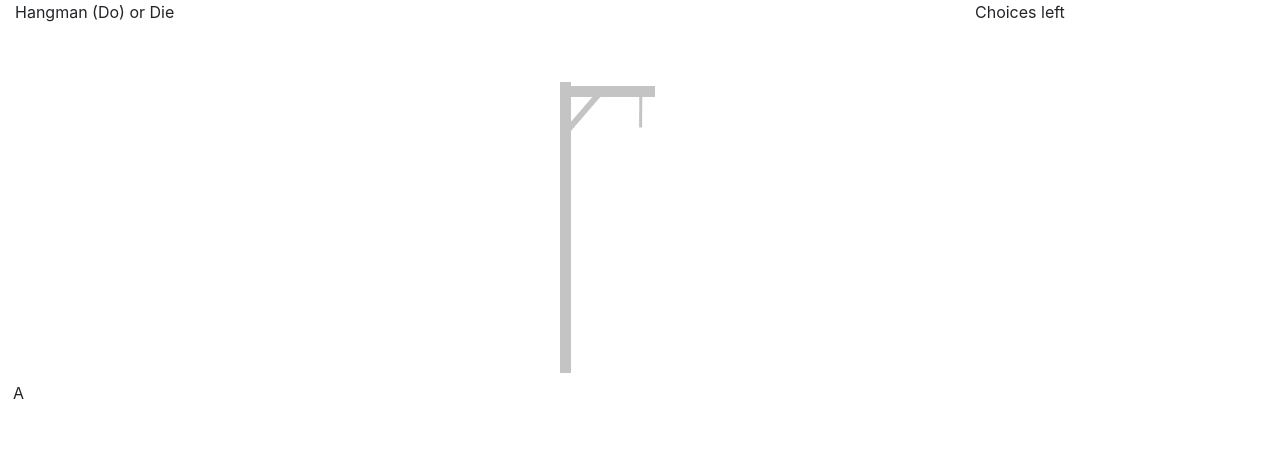
Repository: jatinhchanchlani/hangman
Page: /
These files come from the project's save history. The page is drawn as it stood at one moment and after the next save; the edit follows.
The browser window is 1280 px wide. The pictures show the whole page.
The project was rebuilt for these pictures with package versions that can differ from the ones it lists, and the page was loaded fresh each time. Also part of the build but not shown: src/App.css.

Above is the page before, as saved 2020-10-04 16:52:15.

### src/index.js
import React from 'react';
import ReactDOM from 'react-dom';
import './index.css';
import App from './App';
import * as serviceWorker from './serviceWorker';
import 'bootstrap/dist/css/bootstrap.css';

ReactDOM.render( <
  React.StrictMode >
  <
  App / >
  <
  /React.StrictMode>,
  document.getElementById('root')
);

// If you want your app to work offline and load faster, you can change
// unregister() to register() below. Note this comes with some pitfalls.
// Learn more about service workers: https://bit.ly/CRA-PWA
serviceWorker.unregister();

### src/App.js
import React from 'react';
import './App.css';
import Game from './components/game';

function App() {
  return ( <
    Game / >
  );
}

export default App;

### src/components/game.jsx
import React, { Component } from "react";
import Image from "./image";
import Header from "./header";
import Letters from "./letters";

class Game extends Component {
  state = {};
  render() {
    return (
      <div className="container-fluid">
        <Header />
        <Image />
        <Letters />
      </div>
    );
  }
}

export default Game;

### src/components/image.jsx
import React, { Component } from "react";

class Image extends Component {
  render() {
    return (
      <div className="row">
        <div className="col col-sm-5"></div>
        <img
          className="card-image image-fluid"
          src={require("../images/0.jpg")}
          alt="test"
          onClick={() => this.props.onClick(this.props.card)}
        />
      </div>
    );
  }
}

export default Image;

### src/components/header.jsx
import React, { Component } from "react";

class Header extends Component {
  render() {
    return (
      <div className="row">
        <div className="col cols-sm-4">Hangman (Do) or Die</div>
        <div className="col col-sm-5"></div>
        <div className="col col-sm-3">Choices left</div>
      </div>
    );
  }
}

export default Header;

### src/components/letters.jsx
import React, { Component } from "react";

class Letters extends Component {
  render() {
    return (
      <div className="row">
        <button className="btn btn-small">A</button>
      </div>
    );
  }
}

export default Letters;

Loaded but not shown: public/index.html (common file); src/index.css (common file); src/serviceWorker.js (common file)

After the next save:
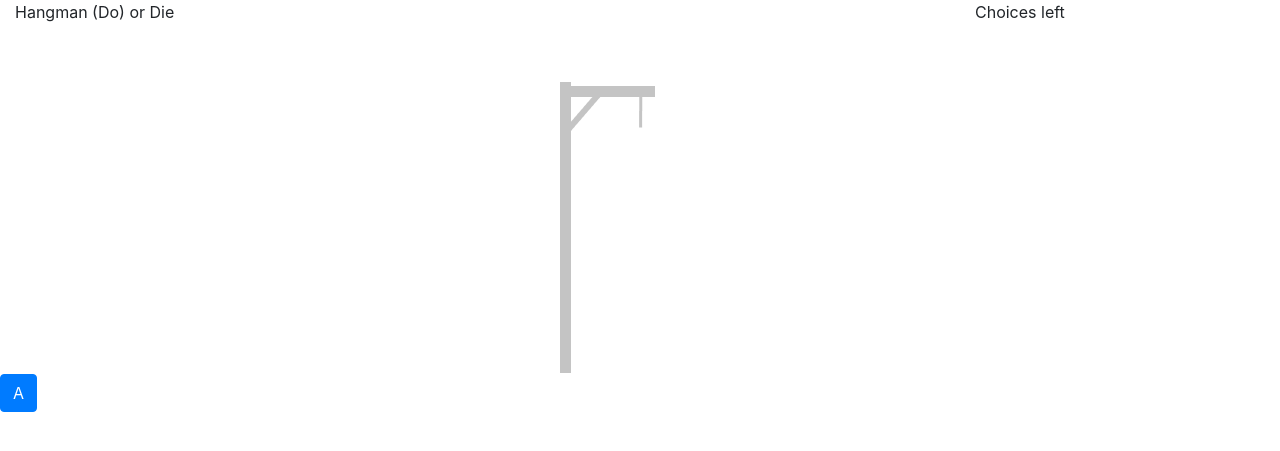
Saved 7 s later.
--- a/src/components/letters.jsx
+++ b/src/components/letters.jsx
@@ -4,7 +4,7 @@ class Letters extends Component {
   render() {
     return (
       <div className="row">
-        <button className="btn btn-small">A</button>
+        <button className="btn btn-primary">A</button>
       </div>
     );
   }
